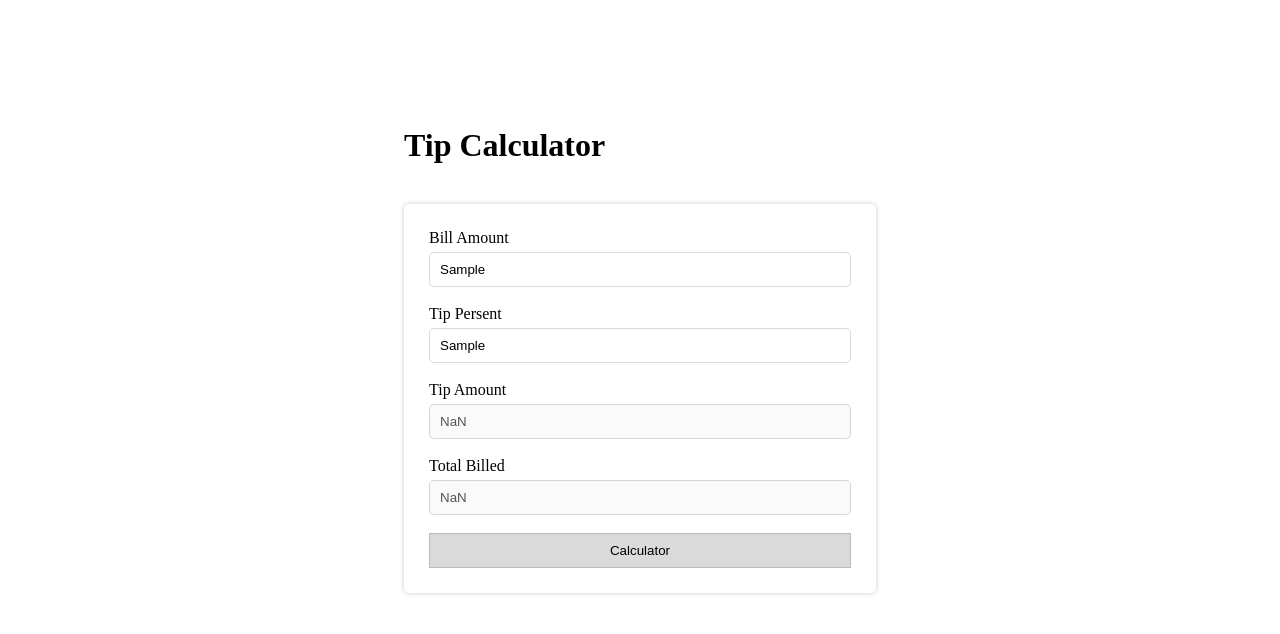
Repository: ZainAkbar51214/Tip-Calculator
Page: index.html
These files come from the project's save history. The page is drawn as it stood at one moment and after the next save; the edit follows.
The browser window is 1280 px wide. The pictures show the whole page.
Empty fields were first filled with sample values (such as "Sample", 5 or name@example.com).
After loading, the first visible `button.btn` was clicked once.
The style sheet was rebuilt from its Sass, Less or Tailwind sources for each picture, by a compiler version that may differ from the author's.

Above is the page before, as saved 2024-03-25 12:55:10.

After the next save:
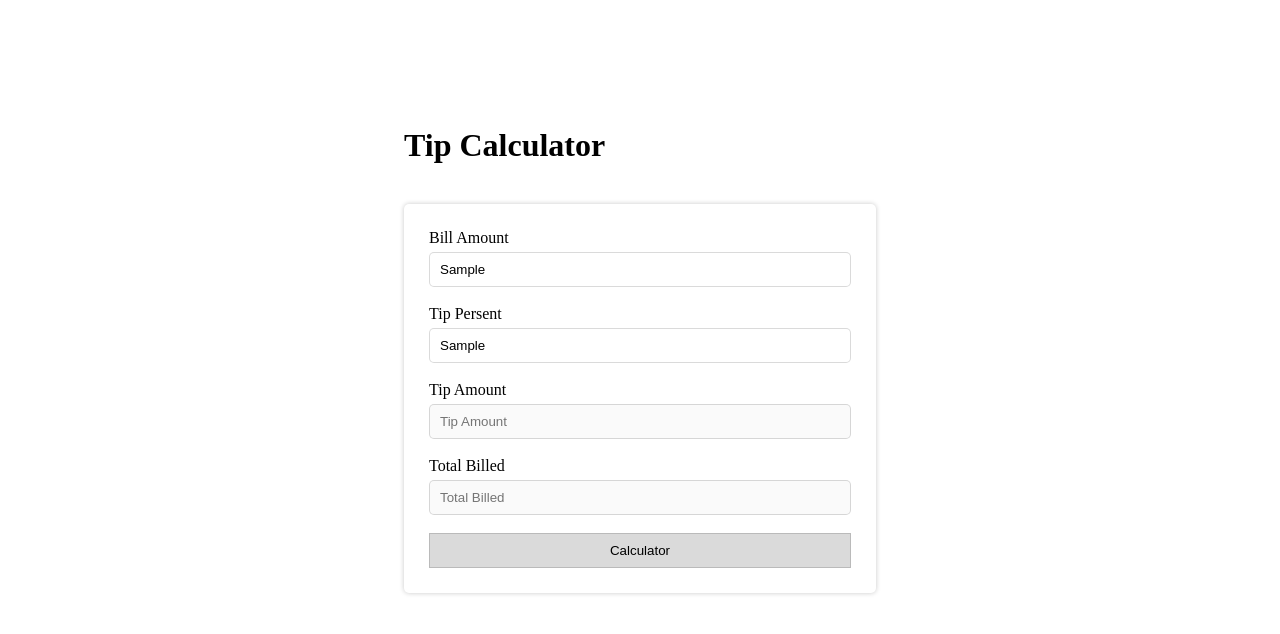
Console error: ReferenceError: value is not defined
Saved 22 s later.
--- a/js/calculate.js
+++ b/js/calculate.js
@@ -3,7 +3,7 @@
     console.log(typeof amount);
     console.log(amount);
 
-    let persent = document.getElementById('tip_persent').value;
+    let persent = document.getElementById('tip_persent').Number(value);
     console.log(typeof persent);
     console.log(persent);
 

After the save that followed:
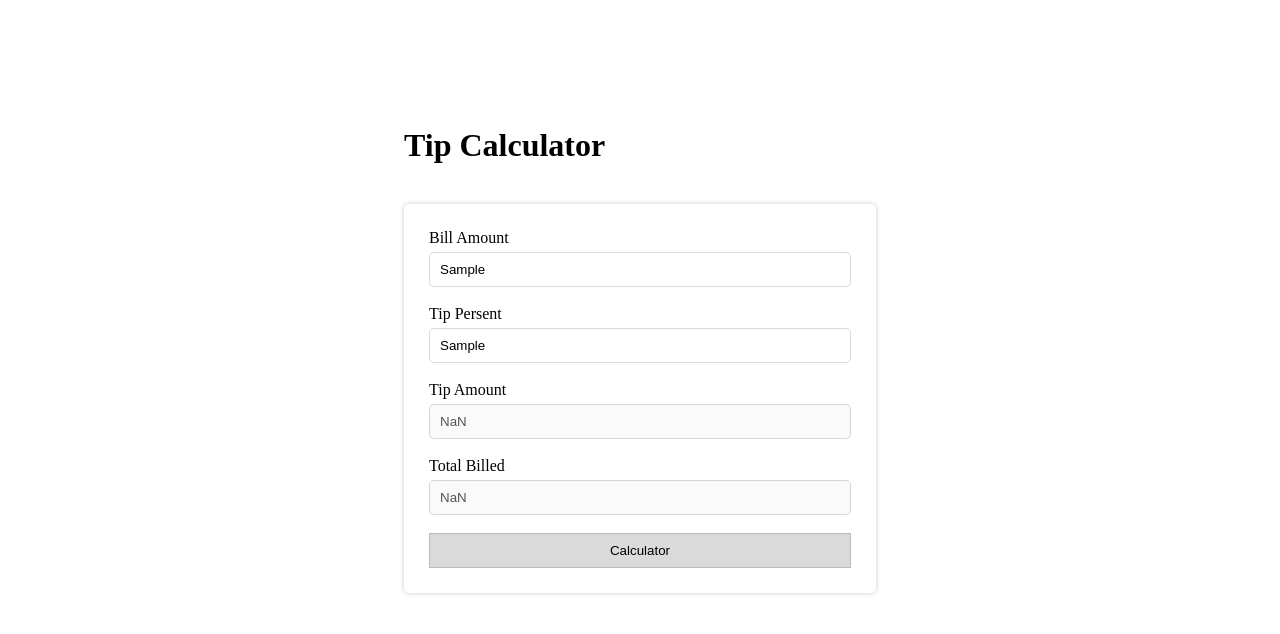
The error is gone.
Saved 19 s later.
--- a/js/calculate.js
+++ b/js/calculate.js
@@ -3,7 +3,7 @@
     console.log(typeof amount);
     console.log(amount);
 
-    let persent = document.getElementById('tip_persent').Number(value);
+    let persent = document.getElementById('tip_persent').value;
     console.log(typeof persent);
     console.log(persent);
 
